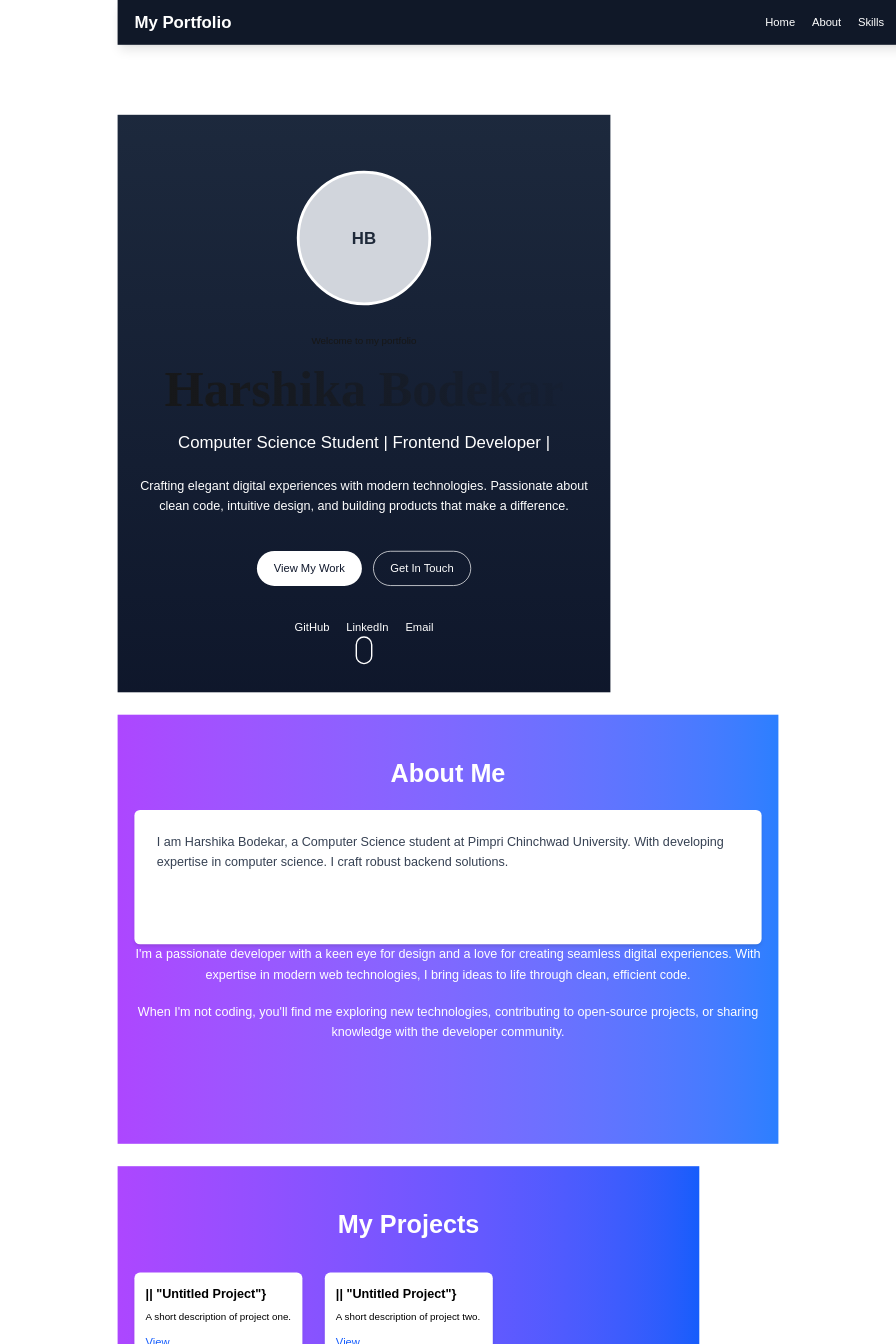
Repository: harshikabodekar/portfolio_awp
Page: /
An editor plug-in stored every save of this project. The page is shown before and after the next save, followed by the edit.
The browser window is 1280 px wide. The pictures show the part of the page from y = 0 to 1920 px (the page is 2998 px tall), at 70% of full size.
The project was rebuilt for these pictures with package versions that can differ from the ones it lists, and the page was loaded fresh each time. The framework's server and built-in components were replaced by stand-ins that run in the browser. Also part of the build but not shown: next.config.mjs.

Above is the page before, as saved 2025-10-15 19:31:43.

### src/app/layout.js
import "./globals.css";

export const metadata = {
  title: "AWP Portfolio",
  description: "Personal portfolio",
};

export default function RootLayout({ children }) {
  return (
    <html lang="en">
      <body className="antialiased">
        {children}
      </body>
    </html>
  );
}

### src/app/page.js
//import Image from "next/image";
import Navbar from "./components/Navbar";
import React from "react";
import Projects from "./components/Project";
import About from "./components/About";
import Contact from "./components/Contact";
import Hero from "./components/Hero";
import ProjectCard from "./components/ProjectCard";

export default function Home() {
  return (
    <div className="font-sans grid grid-rows-[20px_1fr_20px] items-center justify-items-center min-h-screen p-8 pb-20 gap-16 sm:p-20">
      <main className="flex flex-col gap-[32px] row-start-2 items-center sm:items-start">
        <Navbar />
        <Hero />
        <About />
        <Projects />
        <Contact />
        <ProjectCard/>
      </main>
    </div>
  );
}

### src/app/components/Navbar.js
import React from 'react';

const Navbar = () => {
  return (
    <nav className="bg-gray-900 text-white py-4 px-6 fixed w-full top-0 z-50 shadow-lg">
      <div className="container mx-auto flex justify-between items-center">
        <h1 className="text-2xl font-bold">My Portfolio</h1>
        <ul className="flex space-x-6">
          <li><a href="#home" className="hover:text-blue-400">Home</a></li>
          <li><a href="#about" className="hover:text-blue-400">About</a></li>
          <li><a href="#skills" className="hover:text-blue-400">Skills</a></li>
          <li><a href="#projects" className="hover:text-blue-400">Projects</a></li>
          <li><a href="#contact" className="hover:text-blue-400">Contact</a></li>
        </ul>
      </div>
    </nav>
  );
};

export default Navbar;

### src/app/components/Project.js
import React from 'react';
import ProjectCard from './ProjectCard';
import { projectsData } from '../data/projects';

const Projects = () => {
  return (
    <section id="projects" className="py-20 px-6 bg-gradient-to-r from-purple-500 to-blue-600 text-white pt-16">
      <div className="container mx-auto max-w-6xl">
        <h2 className="text-4xl font-bold text-center text-white mb-12">My Projects</h2>

        <div className="grid md:grid-cols-2 lg:grid-cols-3 gap-8">
          {projectsData.map((project) => (
            <ProjectCard key={project.id} project={project} />
          ))}
        </div>
      </div>
    </section>
  );
};

export default Projects;

### src/app/components/About.js
import React from 'react';

const About = () => {
  return (
     <section id="about" className="py-20 px-6 bg-gradient-to-r from-purple-500 to-blue-500 text-white pt-16">
      <div className="container mx-auto max-w-4xl">
        <h2 className="text-4xl font-bold text-center mb-8">About Me</h2>
        <div className="bg-white p-8 rounded-lg shadow-md">
          <p className="text-lg text-gray-700 mb-4">
            I am Harshika Bodekar, a Computer Science student at Pimpri Chinchwad University.
            With developing expertise in computer science.
            I craft robust backend solutions.
          </p>
          <p className="text-lg text-white">
            My journey is driven by a passion for building scalable,
            efficient systems that power modern applications.
            I enjoy tackling complex challenges and exploring cutting-edge tech.
          </p>
        </div>
        <div className="mb-16 text-center">
            <p className="text-lg text-muted-foreground leading-relaxed mb-6">
              I'm a passionate developer with a keen eye for design and a love for creating
              seamless digital experiences. With expertise in modern web technologies, I bring
              ideas to life through clean, efficient code.
            </p>
            <p className="text-lg text-muted-foreground leading-relaxed">
              When I'm not coding, you'll find me exploring new technologies, contributing to
              open-source projects, or sharing knowledge with the developer community.
            </p>
          </div>
      </div>
    </section>
  );
};

export default About;

### src/app/components/Contact.js
const Contact = () => {
  const contactInfo = [
    { label: 'Email', value: 'your.email@example.com', href: 'mailto:your.email@example.com' },
    { label: 'Phone', value: '+1 (555) 123-4567', href: 'tel:+15551234567' },
    { label: 'Location', value: 'San Francisco, CA', href: '#' },
  ];

  const socialLinks = [
    { label: 'GitHub', href: 'https://github.com' },
    { label: 'LinkedIn', href: 'https://linkedin.com' },
    { label: 'Twitter', href: 'https://twitter.com' },
  ];

  return (
    <section id="contact" className="py-20 bg-gray-50 text-gray-900">
      <div className="container mx-auto px-4">
        <div className="max-w-4xl mx-auto">
          <h2 className="text-4xl md:text-5xl font-bold mb-6 text-center">Get In Touch</h2>
          <div className="w-20 h-1 bg-blue-500 mx-auto mb-12"></div>

          <p className="text-center text-lg mb-12 max-w-2xl mx-auto">
            I'm always open to discussing new projects, creative ideas, or opportunities to be part of your visions.
          </p>

          <div className="grid md:grid-cols-3 gap-6 mb-12">
            {contactInfo.map((info, index) => (
              <div key={index} className="bg-white p-6 rounded-lg shadow text-center">
                <h3 className="text-sm font-semibold mb-2">{info.label}</h3>
                <a href={info.href} className="text-blue-600 underline">{info.value}</a>
              </div>
            ))}
          </div>

          <div className="text-center">
            <div className="flex justify-center gap-4 mb-8">
              {socialLinks.map((s, i) => (
                <a key={i} href={s.href} target="_blank" rel="noreferrer" className="text-blue-600">{s.label}</a>
              ))}
            </div>

            <div className="text-center">
              <a href="mailto:your.email@example.com" className="inline-block px-6 py-3 bg-blue-600 text-white rounded-lg">Send Me an Email</a>
            </div>
          </div>
        </div>
      </div>
    </section>
  );
};

export default Contact;

### src/app/components/Hero.js
import React from 'react';

const Hero = () => {
  return (
    <section id="home" className="relative min-h-screen flex items-center justify-center bg-gradient-to-b from-slate-800 to-slate-900 text-white">
      <div className="container mx-auto px-4 py-20 relative z-10">
        <div className="max-w-4xl mx-auto text-center animate-fade-in">
          <div className="mb-8 flex justify-center">
            <div className="w-48 h-48 rounded-full bg-gray-300 dark:bg-gray-600 border-4 border-white flex items-center justify-center text-2xl font-bold text-gray-800">HB</div>
          </div>

          <div className="inline-block mb-4 px-4 py-2 bg-gradient-primary rounded-full">
            <p className="text-sm font-medium text-foreground">Welcome to my portfolio</p>
          </div>

          <h1 className="text-5xl md:text-7xl font-bold mb-6 font-['Space_Grotesk'] bg-gradient-to-r from-foreground to-accent bg-clip-text text-transparent">
          Harshika Bodekar
          </h1>

          <p className="text-xl md:text-2xl text-muted-foreground mb-8 font-light">
            Computer Science Student | Frontend Developer |
          </p>

          <p className="text-lg text-muted-foreground mb-12 max-w-2xl mx-auto leading-relaxed">
            Crafting elegant digital experiences with modern technologies.
            Passionate about clean code, intuitive design, and building products that make a difference.
          </p>

          <div className="flex flex-wrap gap-4 justify-center mb-12">
            <button onClick={() => {}} className="px-6 py-3 bg-white text-slate-900 rounded-full font-medium">View My Work</button>
            <button onClick={() => {}} className="px-6 py-3 border border-white rounded-full">Get In Touch</button>
          </div>

          <div className="flex gap-6 justify-center">
            <a href="https://github.com" target="_blank" rel="noopener noreferrer" className="text-white">GitHub</a>
            <a href="https://linkedin.com" target="_blank" rel="noopener noreferrer" className="text-white">LinkedIn</a>
            <a href="mailto:your.email@example.com" className="text-white">Email</a>
          </div>
        </div>
      </div>

      <div className="absolute bottom-10 left-1/2 -translate-x-1/2 animate-float">
        <div className="w-6 h-10 border-2 border-accent rounded-full flex justify-center">
          <div className="w-1 h-3 bg-accent rounded-full mt-2 animate-pulse"></div>
        </div>
      </div>
    </section>
  );
};

export default Hero;

### src/app/components/ProjectCard.js
import React from 'react';

export default function ProjectCard({ project = {} }) {
  return (
    <article className="bg-white text-black rounded-lg p-4 shadow-md">
      <h3 className="font-semibold text-lg mb-2">|| "Untitled Project"}</h3>
      <p className="text-sm mb-4">{project.description || "No description available."}</p>
      {project.link && (
        <a
          className="text-blue-600 underline"
          href={project.link}
          target="_blank"
          rel="noreferrer"
        >
          View
        </a>
      )}
    </article>
  );
}

### src/app/data/projects.js
export const projectsData = [
  {
    id: '1',
    title: 'Sample Project One',
    description: 'A short description of project one.',
    link: 'https://example.com',
  },
  {
    id: '2',
    title: 'Sample Project Two',
    description: 'A short description of project two.',
    link: 'https://example.com',
  },
];

Loaded but not shown: src/app/globals.css (common file)

After the next save:
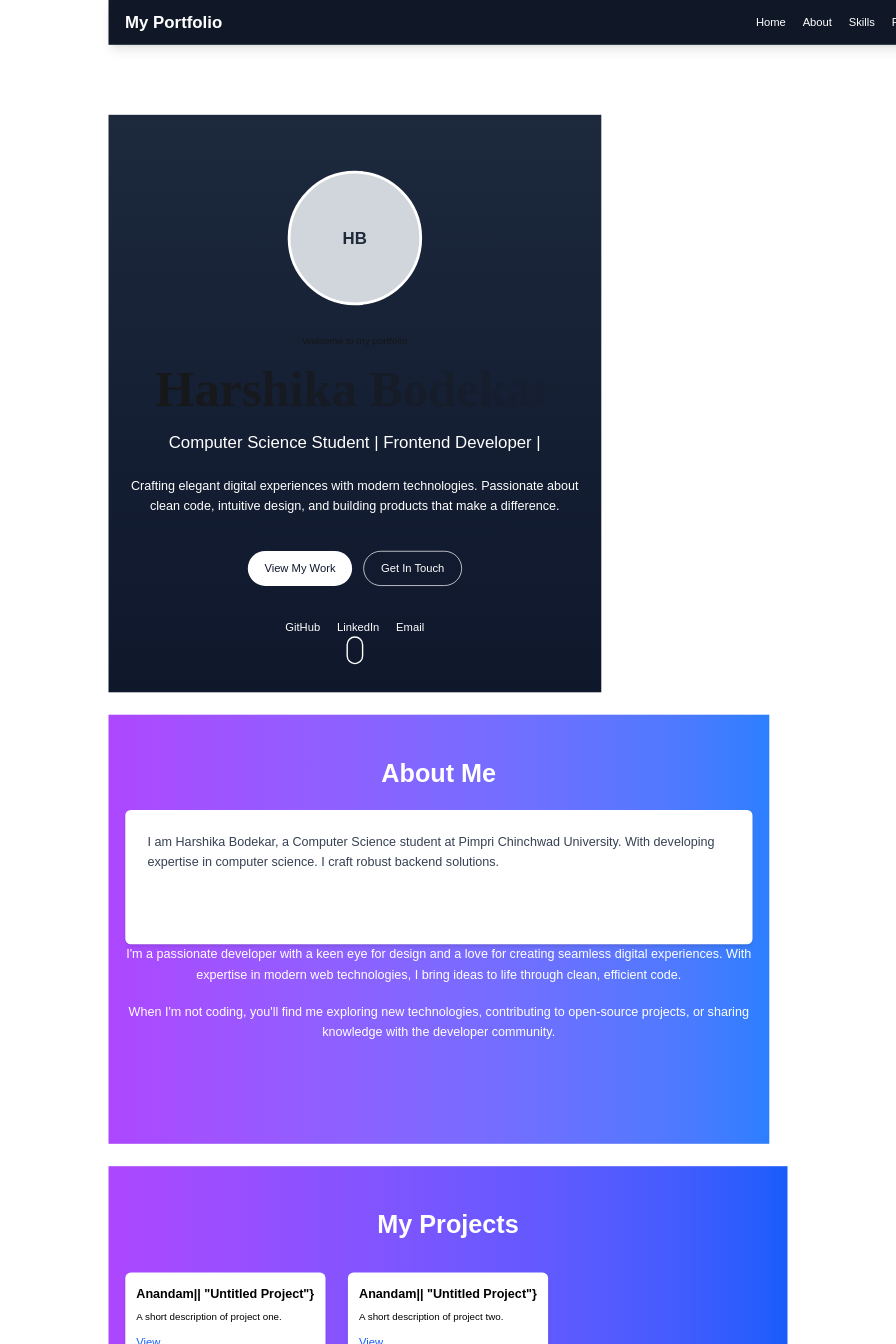
Saved 7 s later.
--- a/src/app/components/ProjectCard.js
+++ b/src/app/components/ProjectCard.js
@@ -3,7 +3,7 @@ import React from 'react';
 export default function ProjectCard({ project = {} }) {
   return (
     <article className="bg-white text-black rounded-lg p-4 shadow-md">
-      <h3 className="font-semibold text-lg mb-2">|| "Untitled Project"}</h3>
+      <h3 className="font-semibold text-lg mb-2">Anandam|| "Untitled Project"}</h3>
       <p className="text-sm mb-4">{project.description || "No description available."}</p>
       {project.link && (
         <a
